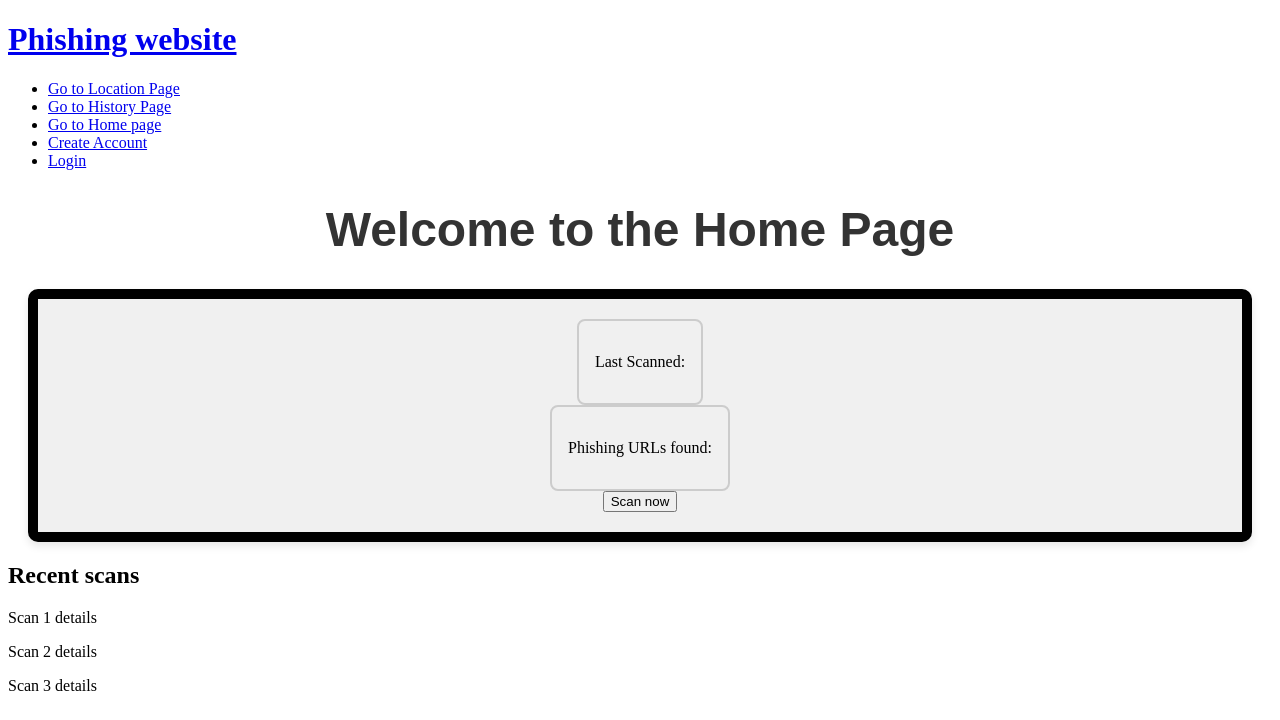
Repository: 2305199/Final-year-project
Page: / (app in frontend/)
The author's editor kept a copy of each file at every save. The page is drawn from the files as they stood at one save, then again after the next save.
The browser window is 1280 px wide. The pictures show the whole page.
The project was rebuilt for these pictures with package versions that can differ from the ones it lists, and the page was loaded fresh each time. Also part of the build but not shown: frontend/vite.config.js, frontend/src/Location/Location.jsx, frontend/src/History/History.jsx, frontend/src/User/CreateAccount.jsx, frontend/src/User/Login.jsx.

Above is the page before, as saved 2026-01-29 00:52:28.

After the next save:
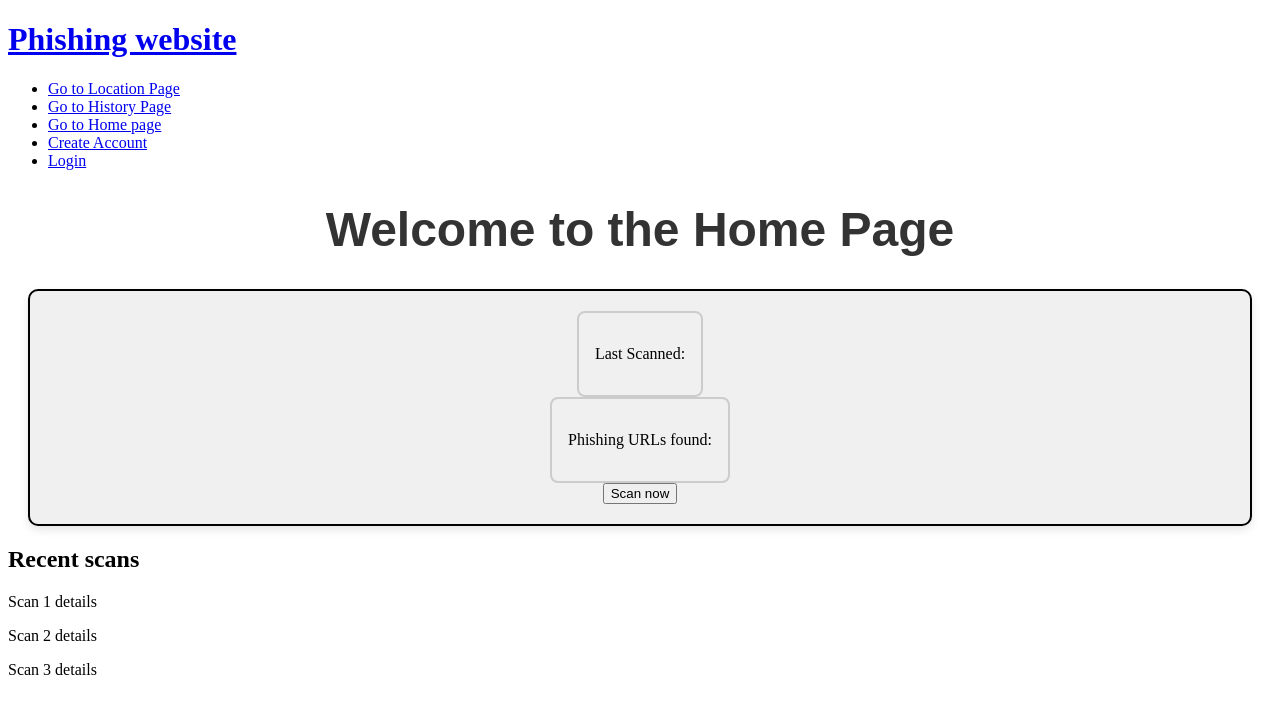
Saved 14 s later.
--- a/frontend/src/Home/Home.module.css
+++ b/frontend/src/Home/Home.module.css
@@ -10,7 +10,7 @@
     flex-direction: column;
     align-items: center;
     justify-content: center;
-   border: 10px solid black;
+   border: 2px solid black;
     padding: 20px;
     margin: 20px;
     background-color: #f0f0f0;
